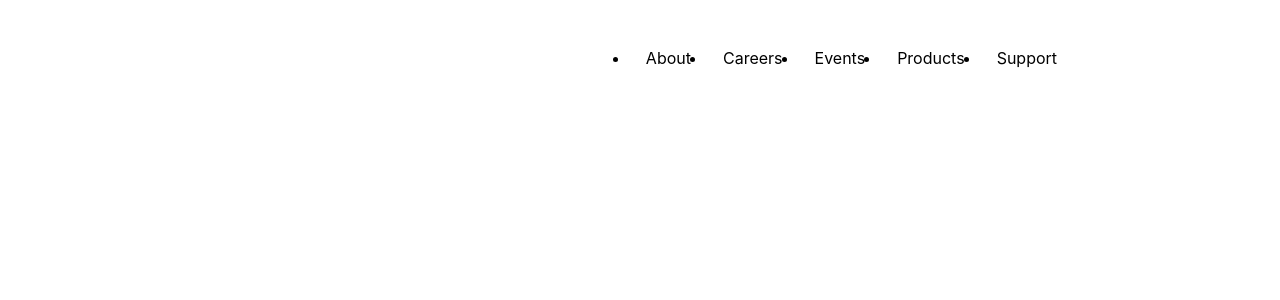
Repository: gligor99/loopstudios-fm
Page: /
These files come from the project's save history. The page is drawn as it stood at one moment and after the next save; the edit follows.
The browser window is 1280 px wide. The pictures show the whole page.
The project was rebuilt for these pictures with package versions that can differ from the ones it lists, and the page was loaded fresh each time.

Above is the page before, as saved 2021-11-28 14:32:15.

### src/App.jsx
import Navbar from "./components/Navbar/Navbar";

function App() {
  return (
    <div className="App">
      <Navbar />
    </div>
  );
}

export default App;

### src/components/Navbar/Navbar.jsx
import logo from "../../assets/logo.svg";
import "./navbar.css";

const Navbar = () => {
  return (
    <div className="wrapper">
      <img src={logo} alt="logo.svg" />
      <ul>
        <li>About</li>
        <li>Careers</li>
        <li>Events</li>
        <li>Products</li>
        <li>Support</li>
      </ul>
    </div>
  );
};

export default Navbar;

### src/components/Navbar/navbar.css
.wrapper {
    display: flex;
    flex-direction: row;
    justify-content: space-evenly;
    margin: auto;
    padding: 1rem;
}
ul{
    display: flex;
    flex-wrap: nowrap;
    justify-content: space-evenly;
}
li{
    padding: 1rem;
}

Loaded but not shown: public/index.html (common file); src/index.jsx (common file); src/index.css (common file)

After the next save:
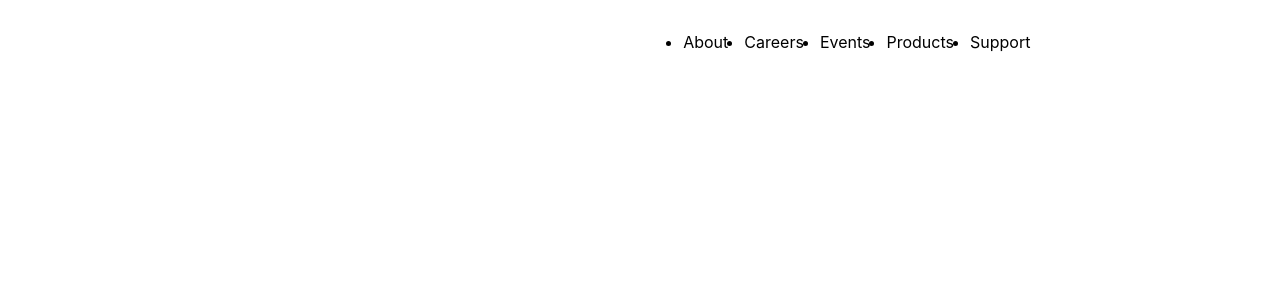
Saved 9 s later.
--- a/src/components/Navbar/navbar.css
+++ b/src/components/Navbar/navbar.css
@@ -11,5 +11,5 @@ ul{
     justify-content: space-evenly;
 }
 li{
-    padding: 1rem;
+    padding-right: 1rem;
 }
